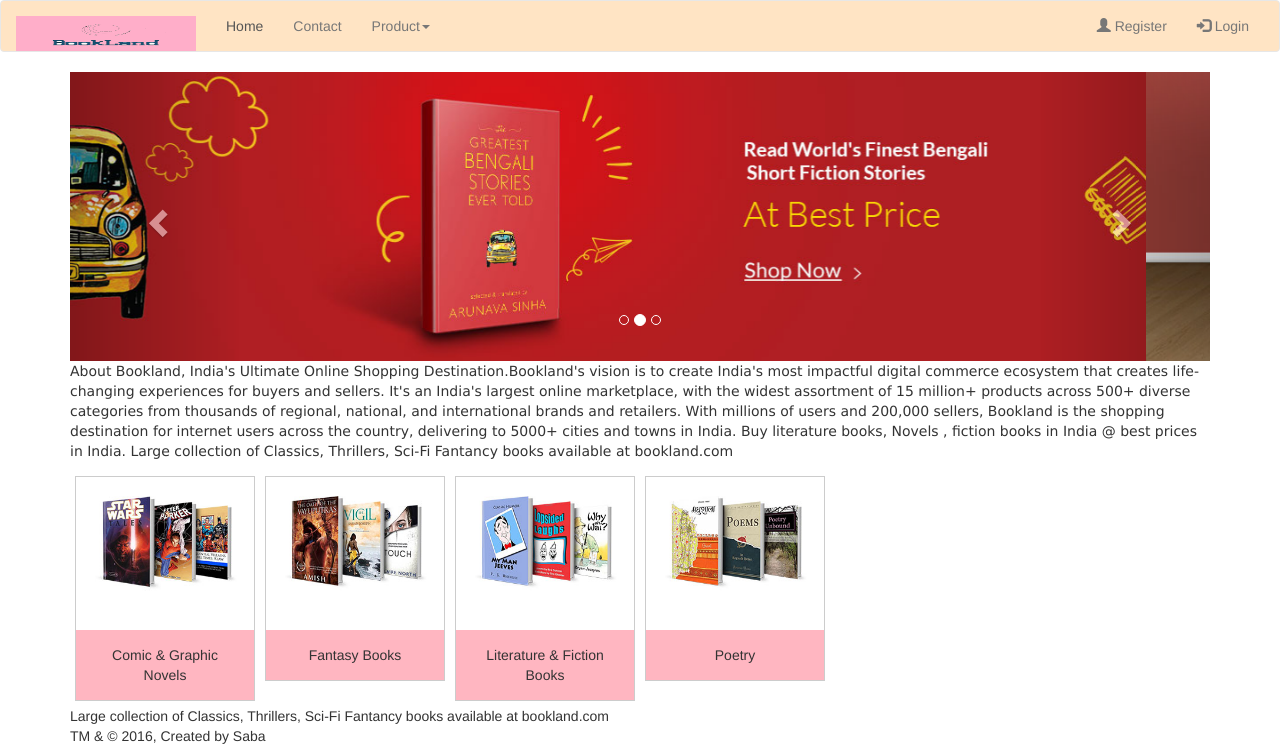
Repository: sabahussain/finalproject
Page: http://localhost/bookland/
An editor plug-in stored every save of this project. The page is shown before and after the next save, followed by the edit.
The browser window is 1280 px wide. The pictures show the whole page.
The page is served by Tomcat 9. Nobody is signed in. The application's start-up code is not run.

Above is the page before, as saved 2016-05-08 15:22:35.

After the next save:
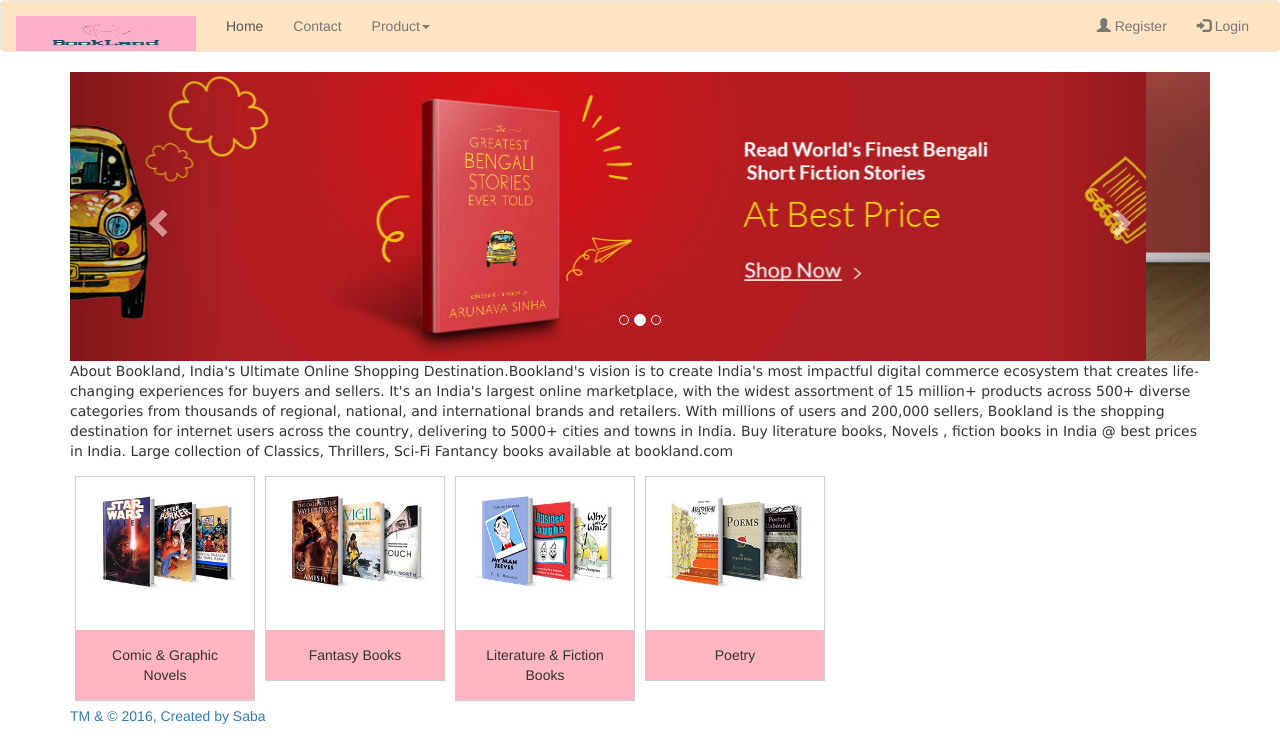
Saved 4 min 11 s later.
--- a/bookland/src/main/webapp/index.jsp
+++ b/bookland/src/main/webapp/index.jsp
@@ -159,9 +159,10 @@
 </div>
 
 <div class="container">
- Large collection of Classics, Thrillers, Sci-Fi Fantancy books available at bookland.com
-<div class="font-italic">TM & &#169; 2016, Created by Saba</div>
-</div>
+   <footer>
+  <p class="pull-center"><a href="#">TM & &#169; 2016, Created by Saba</a></p>
+    </footer>
+      </div>
 
 </body>
 </html>
